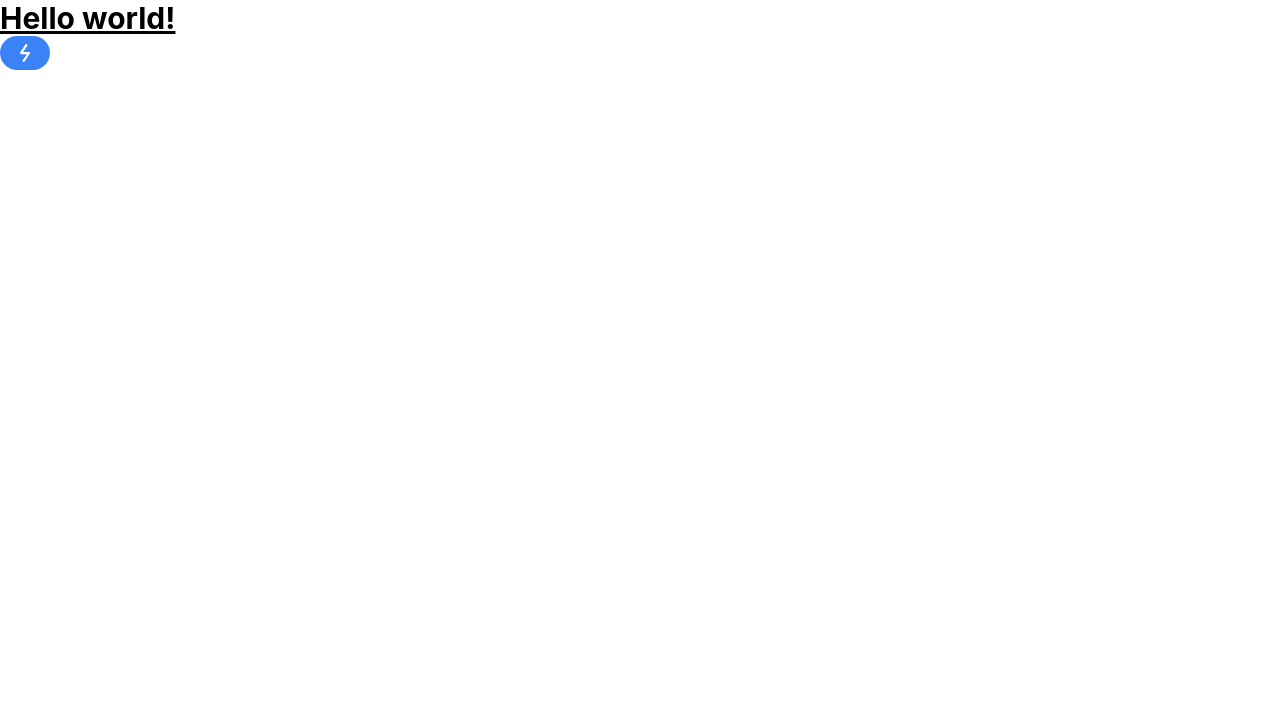
Repository: farrelmuhammad/quick-chat-task
Page: /
An editor plug-in stored every save of this project. The page is shown before and after the next save, followed by the edit.
The browser window is 1280 px wide. The pictures show the whole page.
The project was rebuilt for these pictures with package versions that can differ from the ones it lists, and the page was loaded fresh each time. Also part of the build but not shown: src/App.css.

Above is the page before, as saved 2023-09-18 10:33:37.

### src/App.js
import logo from './logo.svg';
import './App.css';
import { useState } from 'react';

function App() {
  const [showAdditionalButtons, setShowAdditionalButtons] = useState(false);

  const toggleAdditionalButtons = () => {
    setShowAdditionalButtons(!showAdditionalButtons);
  };
  return (
    <div>
      <h1 className="text-3xl font-bold underline">Hello world!</h1>

      {/* Quick Start button */}
      <button className="fixed bg-blue-500 text-white py-2 px-4 cursor-pointer transition hover:bg-blue-700 p-4 rounded-full" onClick={toggleAdditionalButtons}>
        <svg width="18" height="18" viewBox="0 0 18 32" fill="none" xmlns="http://www.w3.org/2000/svg">
          <path fill-rule="evenodd" clip-rule="evenodd" d="M12.4427 0.335929C13.3618 0.948634 13.6101 2.19037 12.9974 3.10943L5.73704 14H16C16.7376 14 17.4153 14.406 17.7634 15.0563C18.1114 15.7066 18.0732 16.4957 17.6641 17.1094L8.33077 31.1094C7.71807 32.0285 6.47633 32.2768 5.55727 31.6641C4.63821 31.0514 4.38986 29.8097 5.00257 28.8906L12.263 18H2C1.26241 18 0.584692 17.5941 0.236654 16.9437C-0.111384 16.2934 -0.0732391 15.5043 0.335902 14.8906L9.66924 0.890629C10.2819 -0.0284284 11.5237 -0.276776 12.4427 0.335929Z" fill="white" />
        </svg>
      </button>

      {showAdditionalButtons && (
        <div className="additional-button">
          {/* Add your additional buttons here */}
          <button className="additional-button">Button 1</button>
          <button className="additional-button">Button 2</button>
        </div>
      )}
    </div>
  );
}

export default App;

### tailwind.config.js
/** @type {import('tailwindcss').Config} */
module.exports = {
  content: [
    "./src/**/*.{js,jsx,ts,tsx}",
  ],
  theme: {
    extend: {
      inset: {
        '0': '0',
        auto: 'auto',
        '1/2': '50%',
      },
    },
  },
  plugins: [],
}

Loaded but not shown: public/index.html (common file); src/index.js (common file); src/index.css (common file); src/reportWebVitals.js (common file)

After the next save:
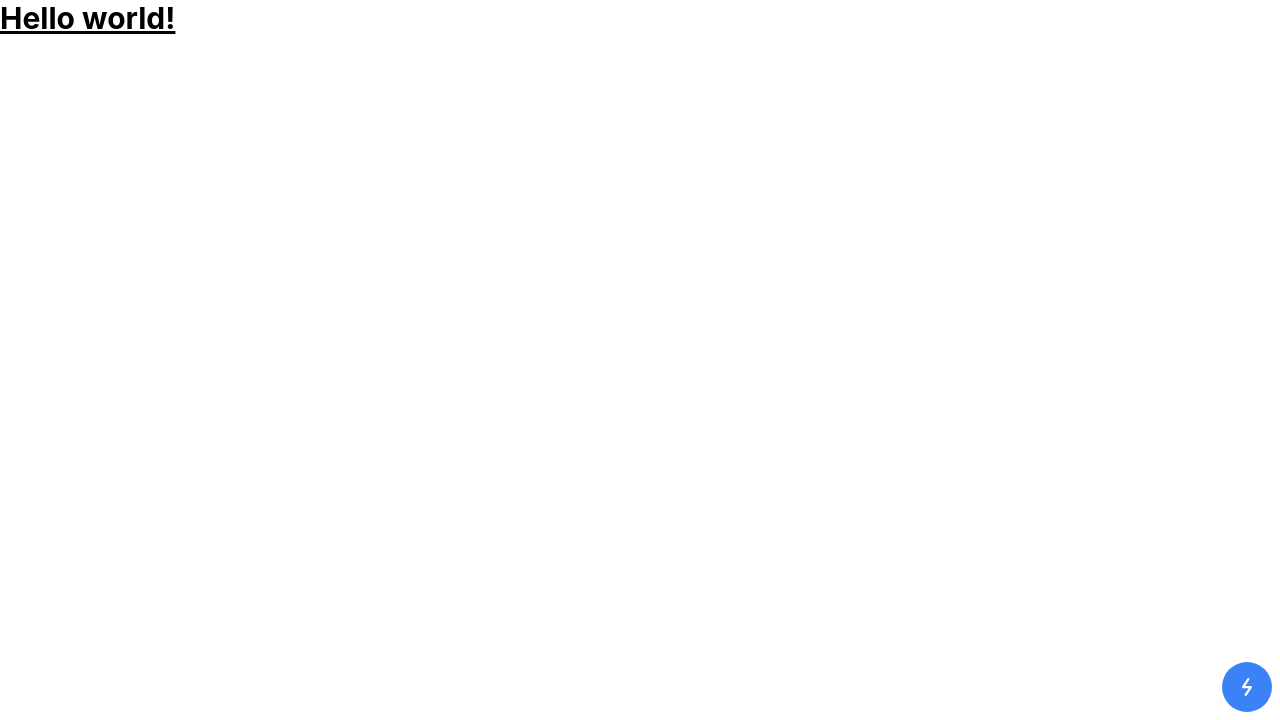
Saved 9 s later.
--- a/src/App.js
+++ b/src/App.js
@@ -13,7 +13,7 @@ function App() {
       <h1 className="text-3xl font-bold underline">Hello world!</h1>
 
       {/* Quick Start button */}
-      <button className="fixed bg-blue-500 text-white py-2 px-4 cursor-pointer transition hover:bg-blue-700 p-4 rounded-full" onClick={toggleAdditionalButtons}>
+      <button className="fixed bottom-2 right-2 bg-blue-500 text-white cursor-pointer transition hover:bg-blue-700 p-4 rounded-full" onClick={toggleAdditionalButtons}>
         <svg width="18" height="18" viewBox="0 0 18 32" fill="none" xmlns="http://www.w3.org/2000/svg">
           <path fill-rule="evenodd" clip-rule="evenodd" d="M12.4427 0.335929C13.3618 0.948634 13.6101 2.19037 12.9974 3.10943L5.73704 14H16C16.7376 14 17.4153 14.406 17.7634 15.0563C18.1114 15.7066 18.0732 16.4957 17.6641 17.1094L8.33077 31.1094C7.71807 32.0285 6.47633 32.2768 5.55727 31.6641C4.63821 31.0514 4.38986 29.8097 5.00257 28.8906L12.263 18H2C1.26241 18 0.584692 17.5941 0.236654 16.9437C-0.111384 16.2934 -0.0732391 15.5043 0.335902 14.8906L9.66924 0.890629C10.2819 -0.0284284 11.5237 -0.276776 12.4427 0.335929Z" fill="white" />
         </svg>
